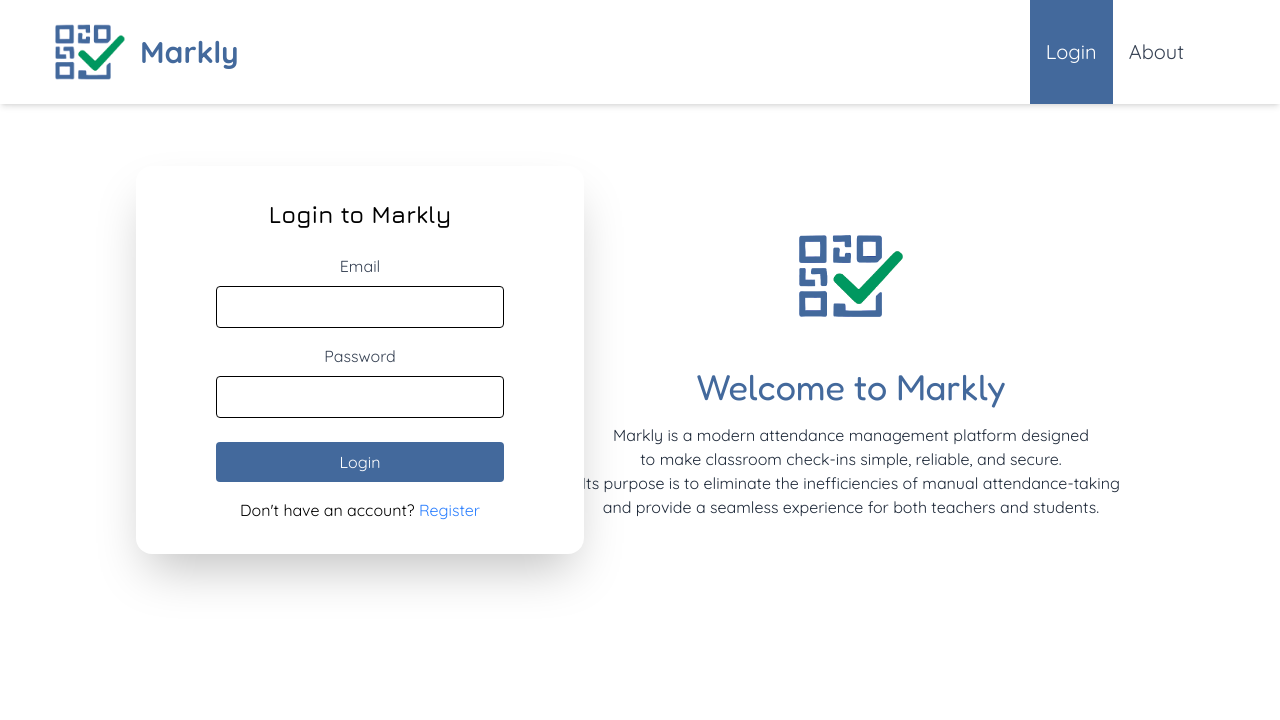
Repository: Mozukie/Markly
Page: /login
An editor plug-in stored every save of this project. The page is shown before and after the next save, followed by the edit.
The browser window is 1280 px wide. The pictures show the whole page.
Some web fonts or font styles are not loaded; a fallback is used. The project was rebuilt for these pictures with package versions that can differ from the ones it lists, and the page was loaded fresh each time. Also part of the build but not shown: vite.config.js, src/pages/NotFound.jsx, src/pages/Home.jsx, src/components/About.jsx, src/pages/Students/studentdashboard.jsx.

Above is the page before, as saved 2025-08-23 22:06:35.

After the next save:
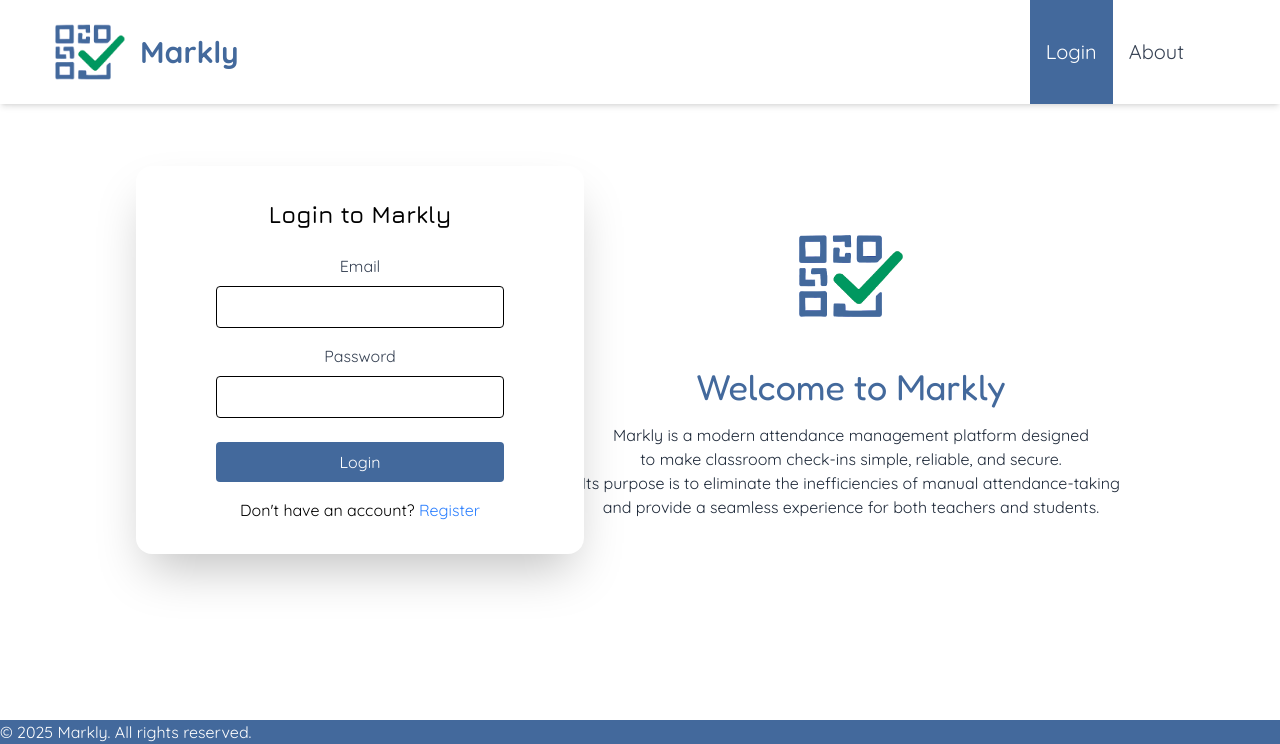
Saved 32 s later.
--- a/src/pages/Login.jsx
+++ b/src/pages/Login.jsx
@@ -1,5 +1,6 @@
 import React, { useState } from "react";
 import Header from "../components/Header.jsx";
+import Footer from "../components/Footer.jsx";
 
 export default function Login() {
   const [showRegister, setShowRegister] = useState(false);
@@ -92,7 +93,7 @@ export default function Login() {
           <p>and provide a seamless experience for both teachers and students.</p>
         </div>
       </div>
-
+    <Footer />
     </>
   );
 }

After the save that followed:
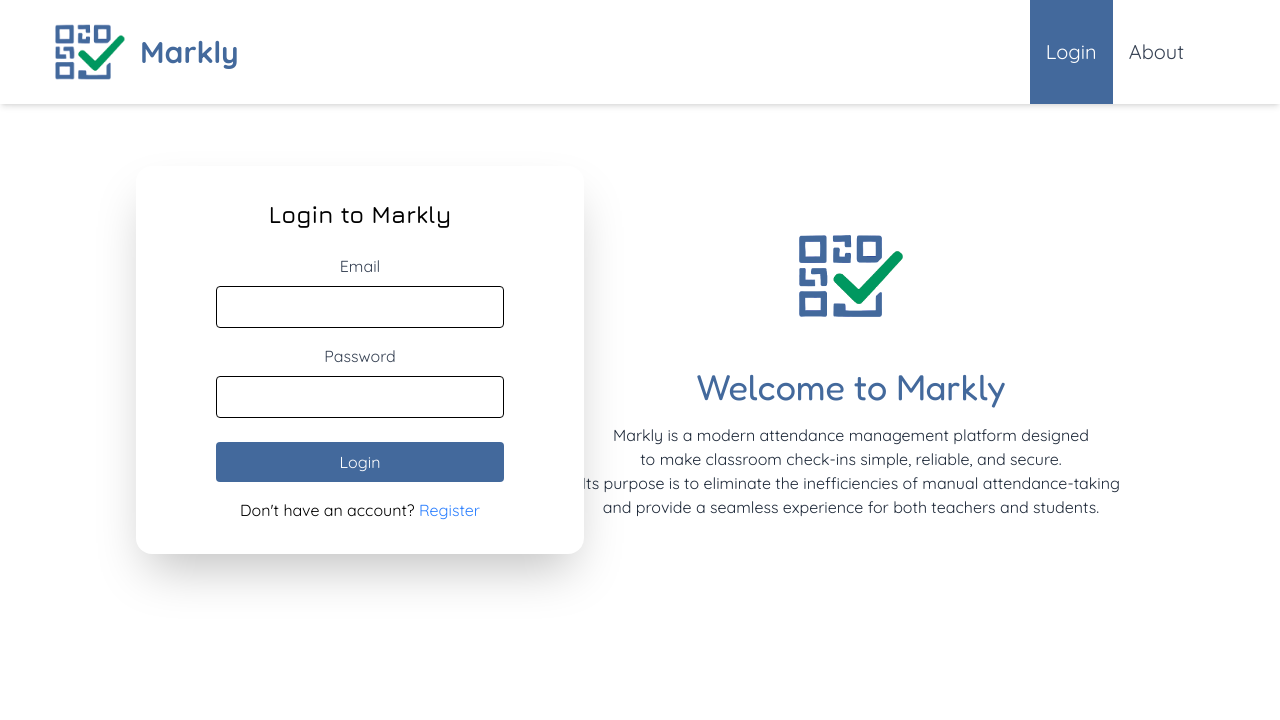
Saved 48 s later.
--- a/src/components/Footer.jsx
+++ b/src/components/Footer.jsx
@@ -5,7 +5,7 @@ import { NavLink } from "react-router-dom";
 export default function(){
     return(
         <>
-        <footer className="bg-[#43699c] text-white">
+        <footer className="bg-[#43699c] text-white fixed p-4 text-center mt-8 z-100">
              &copy; 2025 Markly. All rights reserved.
         </footer>
         </>
